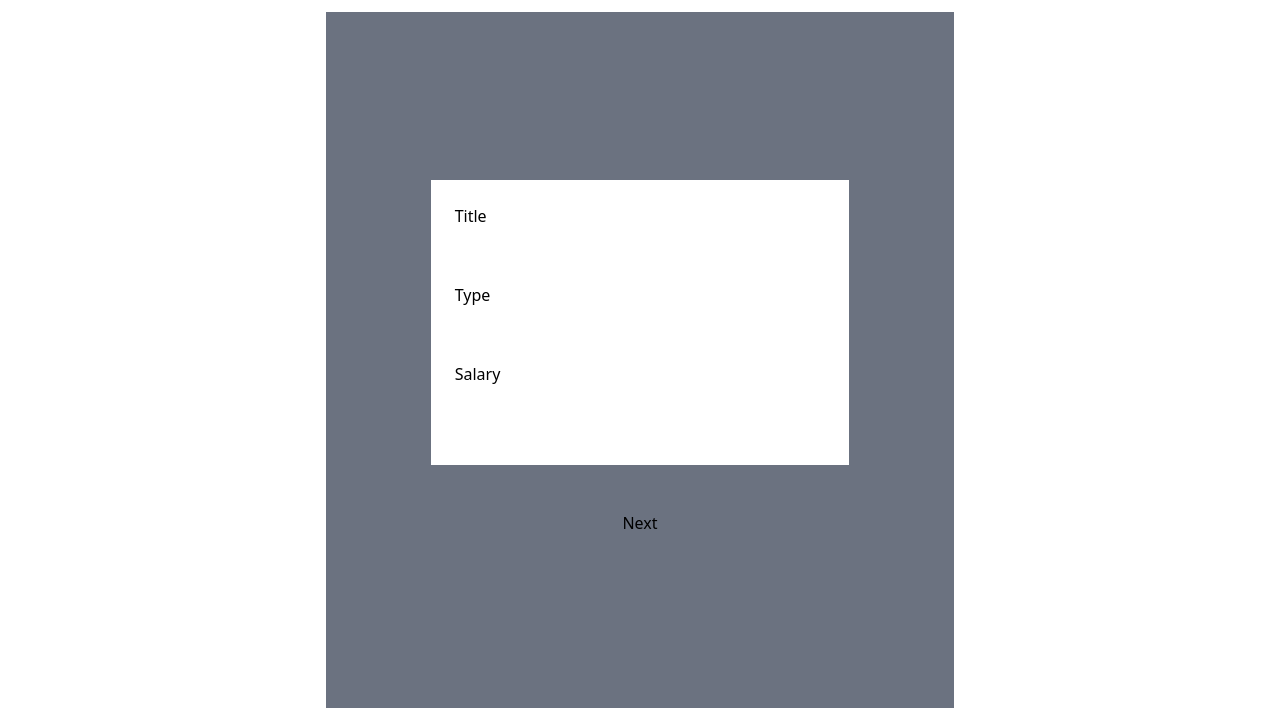
Repository: Abdibaye/Job-Sphere
Page: /form
These files come from the project's save history. The page is drawn as it stood at one moment and after the next save; the edit follows.
The browser window is 1280 px wide. The pictures show the whole page.
The project was rebuilt for these pictures with package versions that can differ from the ones it lists, and the page was loaded fresh each time. Also part of the build but not shown: vite.config.js, src/components/search.jsx, src/components/navbar.jsx, src/pages/descriptionpage.jsx, src/components/job.jsx, src/components/feed.jsx, src/components/saved.jsx, src/components/filter.jsx and 4 more.

Above is the page before, as saved 2025-02-22 22:49:07.

### index.html
<!doctype html>
<html lang="en">
  <head>
    <meta charset="UTF-8" />
    <link rel="icon" type="image/svg+xml" href="/vite.svg" />

    <link rel="preconnect" href="https://fonts.googleapis.com">
    <link rel="preconnect" href="https://fonts.gstatic.com" crossorigin>
    <link href="https://fonts.googleapis.com/css2?family=Inter:ital,opsz,wght@0,14..32,100..900;1,14..32,100..900&family=Open+Sans:ital,wght@0,300..800;1,300..800&family=Poppins:wght@100;200;300;400;600;700&display=swap" rel="stylesheet">

    <meta name="viewport" content="width=device-width, initial-scale=1.0" />
    <title>Vite + React</title>
  </head>
  <body>
    <div id="root"></div>
    <script type="module" src="/src/main.jsx"></script>
  </body>
</html>

### src/main.jsx
import { StrictMode } from 'react'
import { createRoot } from 'react-dom/client'
import './index.css'
import App from './App.jsx'
import Description from './pages/descriptionpage.jsx'
import HomePage from './pages/homepage.jsx'

createRoot(document.getElementById('root')).render(
  <StrictMode>
    <App />
  </StrictMode>,
)

### src/App.jsx
import Navbar from "./components/navbar";
import Description from "./pages/descriptionpage";
import HomePage from "./pages/homepage";
import LoginPage from "./pages/loginpage";
import SignUp from "./pages/Signup";
import { BrowserRouter, Routes, Route, Outlet } from "react-router-dom";
import Feed from "./components/feed";
import Forms from "./pages/formpage";

function App() {
  return (
    <BrowserRouter>
      <Routes>
        {/* Default route for login */}
        <Route path="/" element={<LoginPage />} />

        {/* Nested routes under Navbar */}
        <Route path="/navbar" element={<Navbar />}>
          <Route index element={<HomePage    />} /> {/* Default child route */}
          <Route path="description" element={<Description />} /> {/* Relative path */}
        </Route>

        {/* Signup route */}
        <Route path="/signup" element={<SignUp />} />


        <Route path='/form' element = {<Forms />} />
      </Routes>
    </BrowserRouter>
  );
}

export default App;

### src/pages/formpage.jsx
import { BrowserRouter, Routes, Route, Link, Outlet } from "react-router-dom";
import Form from "../components/form";



function Forms(){
    return(
        <>
        <div>
        <Form />
        <Outlet />
        </div>
        </>
    )


}



export default Forms;

### src/components/form.jsx


function Form(){
    return(
        <div className=" h-screen  flex justify-center p-3 ">
            <div className="bg-gray-500 w-1/2 flex flex-col justify-center items-center">
              <div className="bg-[#fff] w-2/3 h-fit flex flex-col justify-center p-6 ">
                <p className="mb-2">Title</p>
                <input className="mb-3 h-[35px]" type="text" />
                <p className="mb-2 h-[35px]">Type</p>
                <input className="mb-3" type="text" />
                <p className="mb-2 ">Salary</p>
                <input className="mb-3 h-[35px]" type="text" />
              </div>
              <button className="mt-10 h-[35px]">Next</button>
            </div>
        </div>
    );
}


export default Form

### tailwind.config.js
/** @type {import('tailwindcss').Config} */
export default {
  content: [
    "./index.html",
    "./src/**/*.{js,ts,jsx,tsx}",
  ],
  theme: {
    extend: {
      fontFamily: {
        'inter': ['Inter', 'sans-serif'],
      },
    },
  },
  plugins: [],
}

Loaded but not shown: src/index.css (common file)

After the next save:
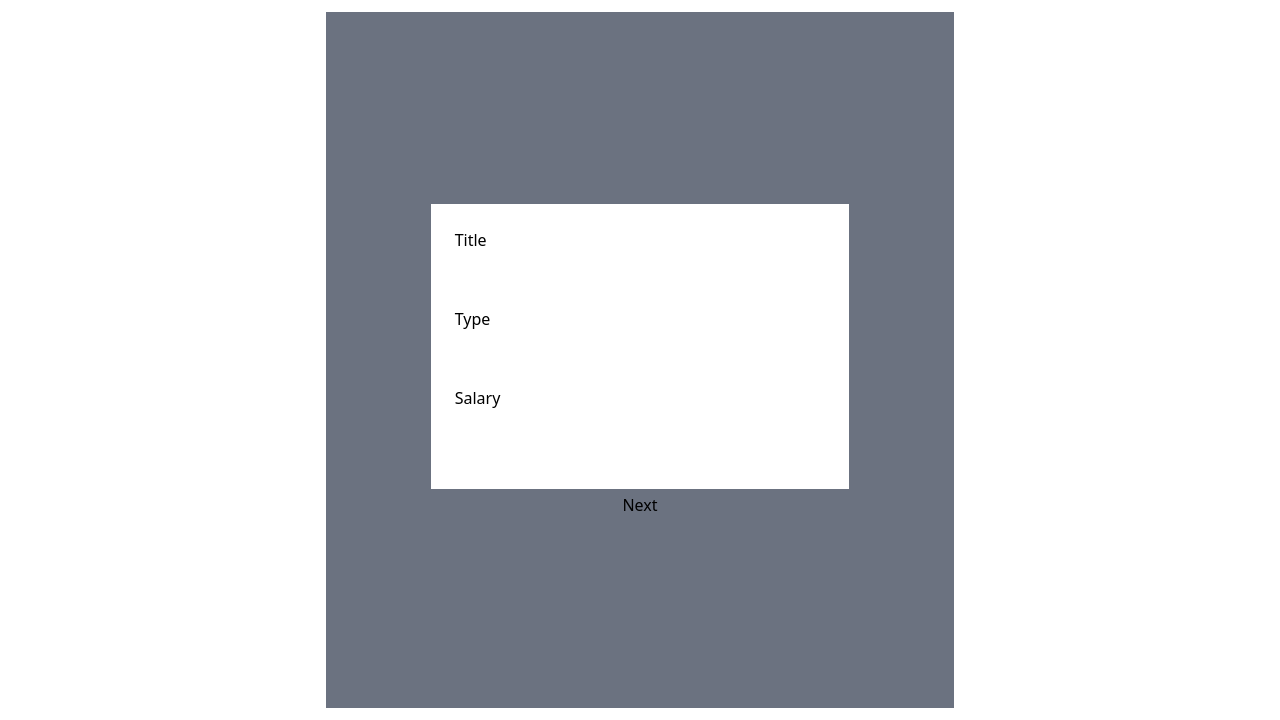
Saved 30 s later.
--- a/src/components/form.jsx
+++ b/src/components/form.jsx
@@ -7,12 +7,12 @@ function Form(){
               <div className="bg-[#fff] w-2/3 h-fit flex flex-col justify-center p-6 ">
                 <p className="mb-2">Title</p>
                 <input className="mb-3 h-[35px]" type="text" />
-                <p className="mb-2 h-[35px]">Type</p>
-                <input className="mb-3" type="text" />
+                <p className="mb-2">Type</p>
+                <input className="mb-3 h-[35px]" type="text" />
                 <p className="mb-2 ">Salary</p>
                 <input className="mb-3 h-[35px]" type="text" />
               </div>
-              <button className="mt-10 h-[35px]">Next</button>
+              <button className="mt-1">Next</button>
             </div>
         </div>
     );
